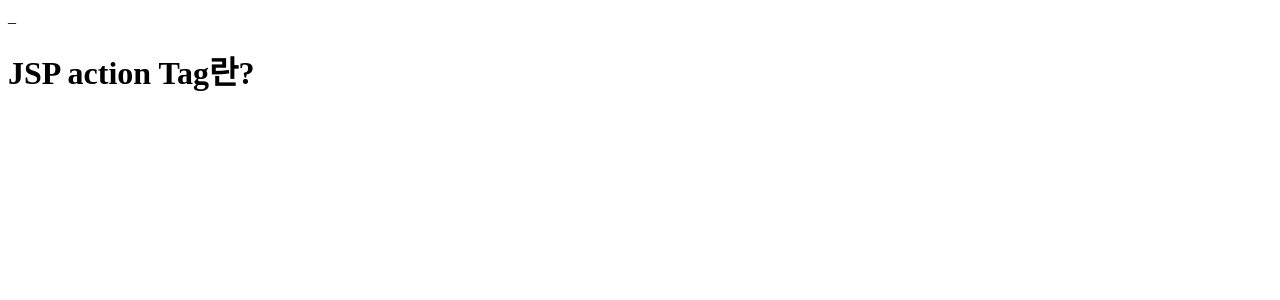
Repository: Seenee-Shin/servlet-jsp
Page: http://localhost/JSPProject/02_action.jsp
The author's editor kept a copy of each file at every save. The page is drawn from the files as they stood at one save, then again after the next save.
The browser window is 1280 px wide. The pictures show the whole page.
The page is served by Tomcat 9. Other server files are loaded and not shown.

Above is the page before, as saved 2021-11-29 03:24:32.

### JSPProject/src/main/webapp/02_action.jsp
_<%@ page language="java" contentType="text/html; charset=UTF-8"
    pageEncoding="UTF-8"%>
<!DOCTYPE html>
<html>
<head>
<meta charset="UTF-8">
<title>02.JSP action tag</title>
</head>
<body>
	<h1> JSP action Tag란?</h1>
</body>
</html>

After the next save:
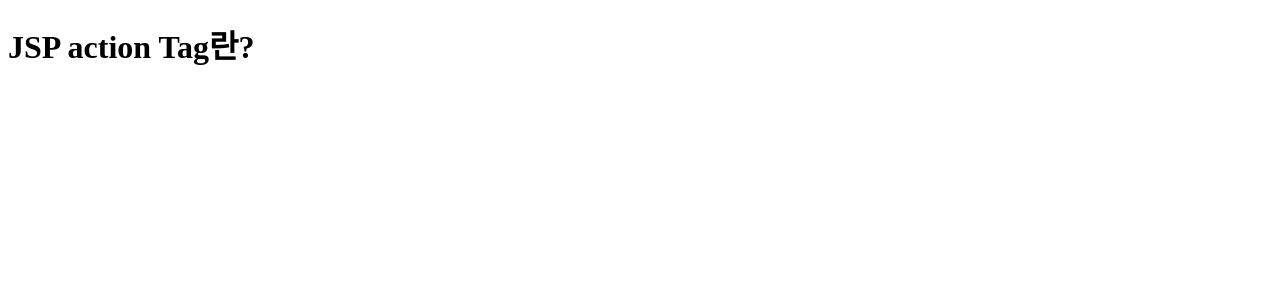
Saved 58 s later.
--- a/JSPProject/src/main/webapp/02_action.jsp
+++ b/JSPProject/src/main/webapp/02_action.jsp
@@ -1,4 +1,4 @@
-_<%@ page language="java" contentType="text/html; charset=UTF-8"
+<%@ page language="java" contentType="text/html; charset=UTF-8"
     pageEncoding="UTF-8"%>
 <!DOCTYPE html>
 <html>
